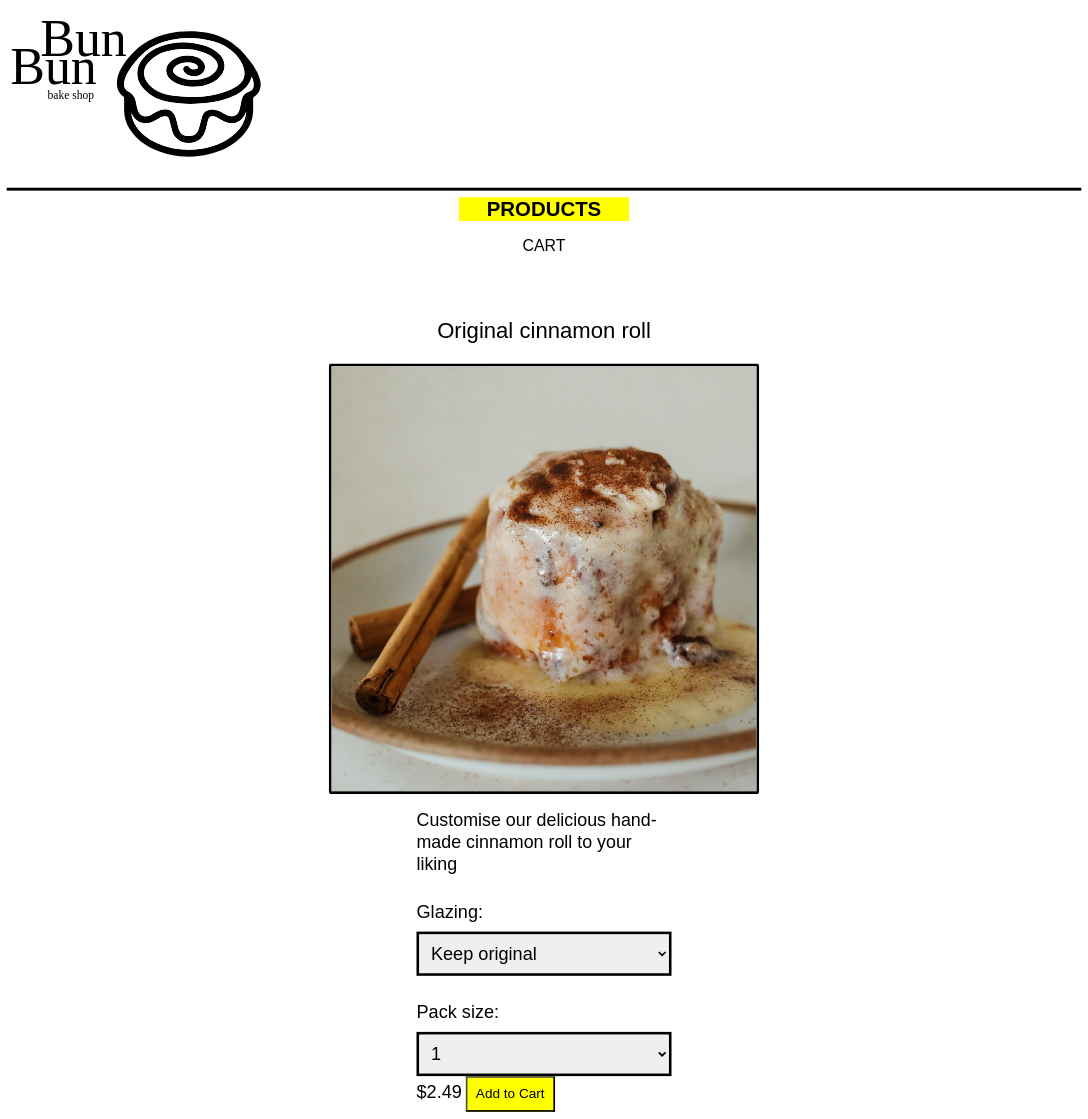
Repository: alicianghm/pui-hw
Page: solution-hw1/HW1-Detail.html
The author's editor kept a copy of each file at every save. The page is drawn from the files as they stood at one save, then again after the next save.
The browser window is 1280 px wide. The pictures show the whole page, at 85% of full size.

Above is the page before, as saved 2022-09-08 13:38:56.

### solution-hw1/HW1-Detail.html
<!DOCTYPE html>
<html>
  <head>
    <meta charset="utf-8">
    <meta name="author" content="Alicia Ng">
    <title>Bun Bun Bake Shop</title>
    <link href="hw1.css" rel="stylesheet" type="text/css">
  </head>
  <body>
    <h1 id="logo"><img src="./Assets/logo-01.svg"></h1>
    <hr size="3"
        color="black">
    <div id="nav">
      <h2 id="selectedButton">PRODUCTS</h2>
      <div class="cartButton"><h3>CART</h3></div>
    </div>
    <div>
      <p class="itemTitle"> Original cinnamon roll</p>
      <img src="./Assets/original-cinnamon-roll.jpeg" class="itemPage-detail">
      <br>
      <div id="container">
        <p class="description"> Customise our delicious hand-made cinnamon roll to your liking</p>
          <p class="dropdownTitle">Glazing:</label>
          <div class="options">
            <select class="dropdownOptions">
              <option value="Keep original">Keep original</option>
              <option value="Sugar milk">Sugar milk</option>
              <option value="Vanilla milk">Vanilla milk</option>
              <option value="Double chocolate">Double chocolate</option>
            </select>
          </div>
          <p class="dropdownTitle">Pack size:</label>
          <div class="options">
            <select class="dropdownOptions">
              <option value="1">1</option>
              <option value="3">3</option>
              <option value="6">6</option>
              <option value="12">12</option>
            </select>
          </div>
          <div class="checkout">
            <p>$2.49</p>
            <button class="addCart">Add to Cart</button>
          </div>
        </div>




      </div>
    </div>
  </body>
  </html>

### solution-hw1/hw1.css
body{
  font-family: Arial, Helvetica, sans-serif;
}

#logo{
  max-width: 300px;
}

h2,h3 {
  font-family: Arial, Helvetica, sans-serif;
  font-weight: 300;
  text-align: center;
}

a{
  text-decoration: none;
  color: black;
}

#nav:hover{
  width: 200px;
  margin: 0 auto;
}

.productButton :hover{
  background-color: yellow;
  vertical-align: middle;
  font-weight: 800;
}

.cartButton :hover{
  background-color: yellow;
  text-align: center;
  font-weight: 800;
}

#container{
  width: 300px;
  margin: 0 auto;
}

p {
  font-family: Arial, Helvetica, sans-serif;
  font-weight: 300;
  text-align: center;
}
#title{
  font-size: 32px;
}
.inventory{
  display: block;
  margin: 0 auto;
  width: 302px;
  padding: 2px;
}
.inventory:hover{
  background-color: yellow;
  margin: 0 auto;
  padding: 2px;
}

#itempic{
  width: 300px;
  margin: 0px auto 0px auto;
  border-radius: 2px;
  border-style: solid;
}
.item{
  text-decoration: underline;
  font-size: 26px;
  text-align: left;
  line-height: auto;
}

.price{
  font-size: 28px;
  text-align: left;
  line-height: 10pt;
}

#selectedButton{
  background-color: yellow;
  font-weight: 800;
  margin: 0 auto;
  width: 200px;

}

.itemTitle{
  font-size: 26px;
  padding-top: 50px;
}

.itemPage-detail{
  width: 500px;
  border-radius: 2px;
  border-style: solid;
  margin: 0 auto;
  display: block;
}

.description{
  width: 300px;
  margin: 0 auto;
  font-size: 21px;
  text-align: left;
}

.dropButton{
  color: red;
  background-color: white;
  border: black;
  border-style: solid;
  font-size: 16px;
  padding: 10px 50px 10px 5px;
}

.dropdown-detail{
  font-size: 16pt;
}

.glazing{
  font-size: 16pt;
  padding: 5px;
}

p.dropdownTitle{
  font-size: 16pt;
  padding-bottom: 10px;
  padding-top: 30px;
  margin: 0 auto;
  text-align: left;
}

.dropdownOptions{
  font-size: 16pt;
  width: 300px;
  border: 3px;
  border-style: solid;
  border-color: black;
  padding: 10px;
}

.totalPrice p{
  font-size: 16pt;
  font-weight: bold;
  text-align: left;
  float: left;
  padding: 40px;
  align-content: right;
}
.cart{
  width: 500px;
  align-items: right;

}
.detail-cart{
  padding: 10px;
  margin: 0 auto;
  width: 500px;
}

.addCart{
  background-color: yellow;
  font-size: 16px;
  padding: 10px;
}

.itemPage-cart{
  width: 100px;
  border: 4px;
  border-style: solid;
  border-color: black;
  display: block;
  margin: 0 auto;
}

.description-cart,p{
  font-size: 16pt;
  text-align: center;
  line-height: 26px;
}

.remove{
  margin: 0 auto;
  display: block;
  border: none;
  background-color: white;
  font-weight: 800;
}

.checkout-bt{
  background-color: yellow;
  font-size: 16px;
  padding: 10px;
  border: 3px;
  border-style: solid;
  border-color: black;
  margin: 0 auto;
  display: block;
  width: 150px;
  font-size: 18px;
  font-weight:bold;
}

.checkout p{
  display: inline;
  align-content: right;
  padding-top: 50px;
}

After the next save:
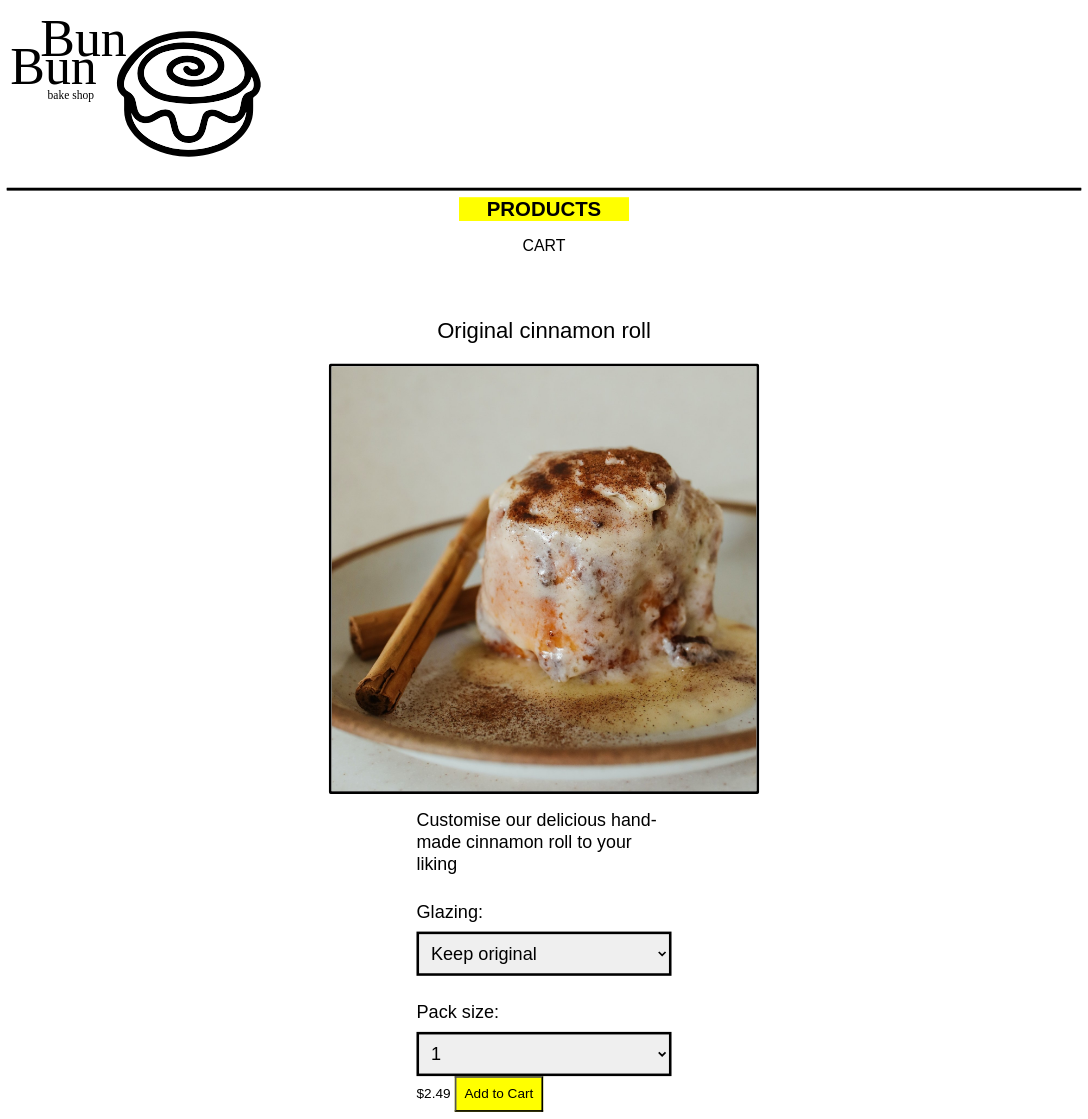
Saved 19 s later.
--- a/solution-hw1/HW1-Detail.html
+++ b/solution-hw1/HW1-Detail.html
@@ -39,7 +39,7 @@
             </select>
           </div>
           <div class="checkout">
-            <p>$2.49</p>
+            <span>$2.49</span>
             <button class="addCart">Add to Cart</button>
           </div>
         </div>
